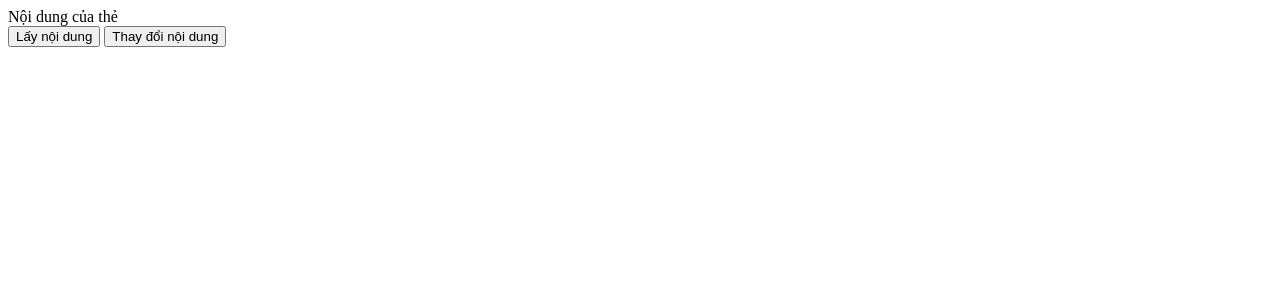
Repository: Pr-DuyTam/HTML-CSS-JS-PHP
Page: Javascript/Lập trình hướng đối tượng trong JS/Dom CSS(50).htm
The author's editor kept a copy of each file at every save. The page is drawn from the files as they stood at one save, then again after the next save.
The browser window is 1280 px wide. The pictures show the whole page.

Above is the page before, as saved 2023-08-23 09:19:06.

After the next save:
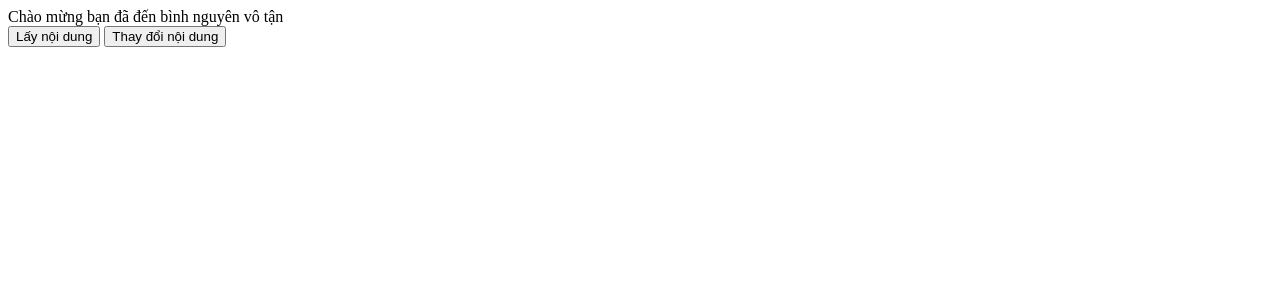
Saved 55 s later.
--- a/Javascript/Lập trình hướng đối tượng trong JS/Dom CSS(50).htm
+++ b/Javascript/Lập trình hướng đối tượng trong JS/Dom CSS(50).htm
@@ -26,7 +26,7 @@
     </script>
 
     <div id="message">
-        Nội dung của thẻ
+        Chào mừng bạn đã đến bình nguyên vô tận
     </div>
     <input type="button" value="Lấy nội dung" id="get_a" onclick="get_a()"/>
     <input type="button" value="Thay đổi nội dung" id="set_a" onclick="set_a()"/>
